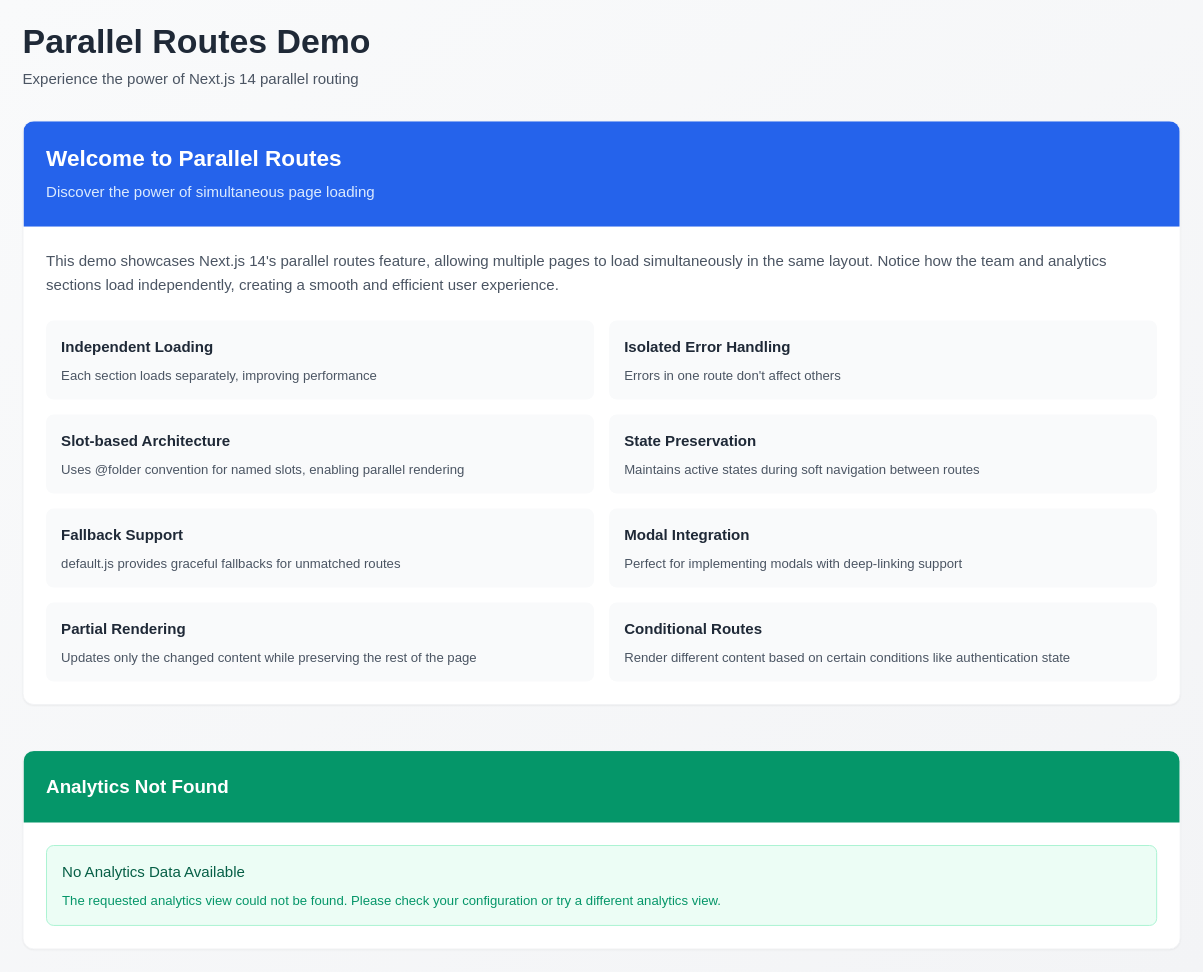
Repository: Dark-Developer93/parallel-routes
Page: /
An editor plug-in stored every save of this project. The page is shown before and after the next save, followed by the edit.
The browser window is 1280 px wide. The pictures show the whole page, at 94% of full size.
The project was rebuilt for these pictures with package versions that can differ from the ones it lists, and the page was loaded fresh each time. The framework's server and built-in components were replaced by stand-ins that run in the browser. Also part of the build but not shown: next.config.ts, src/app/default.tsx.

Above is the page before, as saved 2024-12-12 15:28:57.

After the next save:
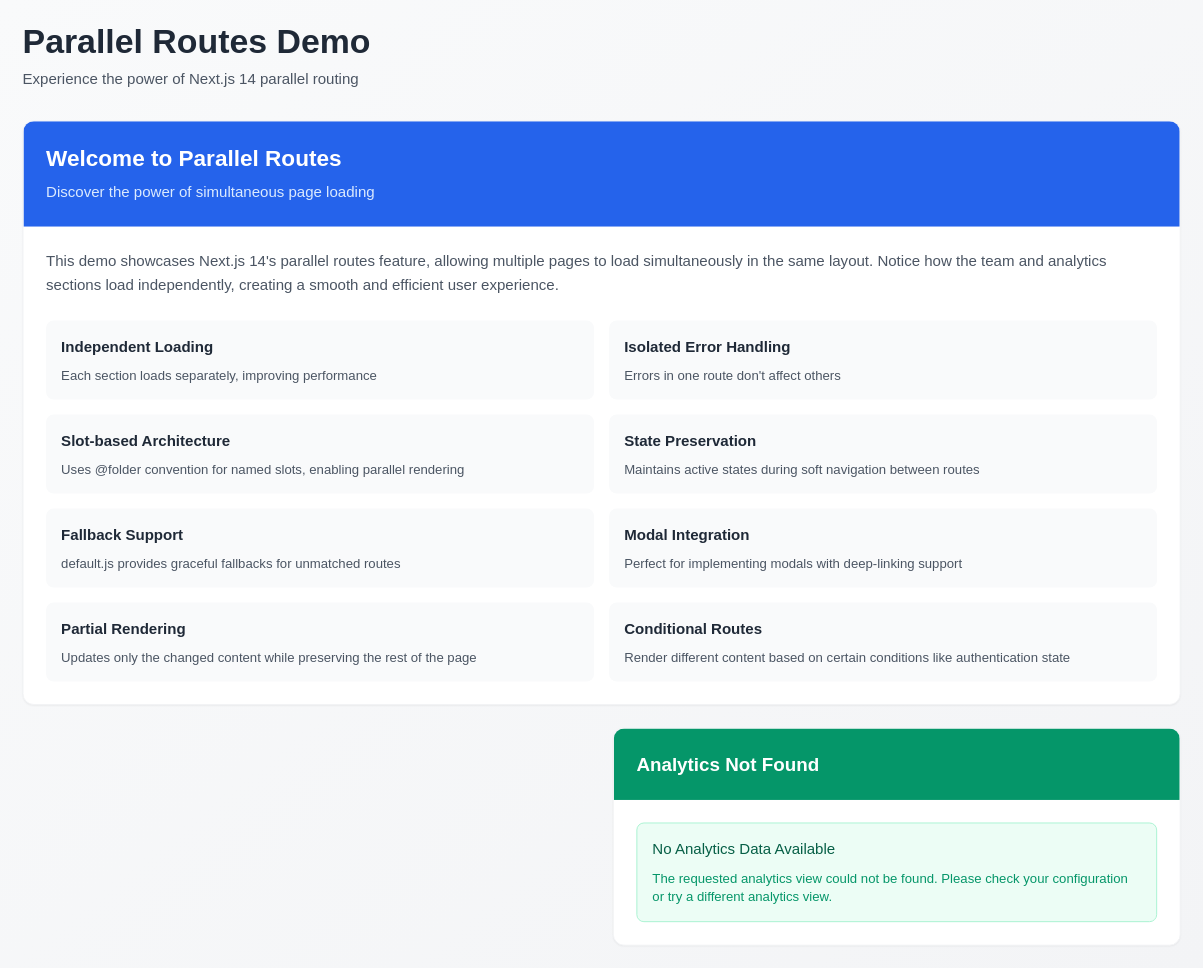
Saved 9 s later.
--- a/src/app/layout.tsx
+++ b/src/app/layout.tsx
@@ -41,10 +41,10 @@
                 <div className="col-span-12 md:col-span-6 lg:col-span-3">
                   {analytics}
                 </div> */}
-                <div className="col-span-12 md:col-span-6 lg:col-span-3">
+                <div className="col-span-1">
                   {role === "ADMIN" ? team : <DefaultPage />}
                 </div>
-                <div className="col-span-12 md:col-span-6 lg:col-span-3">
+                <div className="col-span-1">
                   {role === "USER" ? analytics : <DefaultAnalyticsPage />}
                 </div>
               </div>
